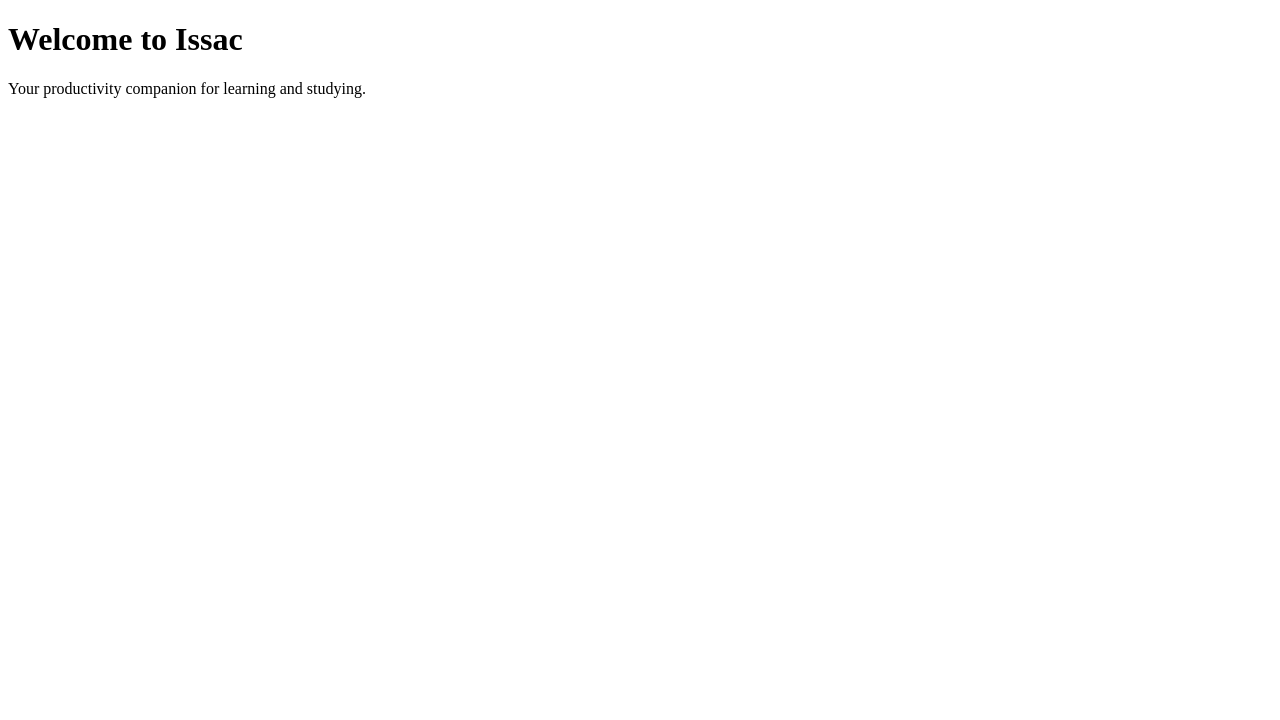
Repository: Mordecaied/Issac
Page: / (app in frontend/)
The author's editor kept a copy of each file at every save. The page is drawn from the files as they stood at one save, then again after the next save.
The browser window is 1280 px wide. The pictures show the whole page.
The project was rebuilt for these pictures with package versions that can differ from the ones it lists, and the page was loaded fresh each time.

Above is the page before, as saved 2024-08-05 15:50:00.

After the next save:
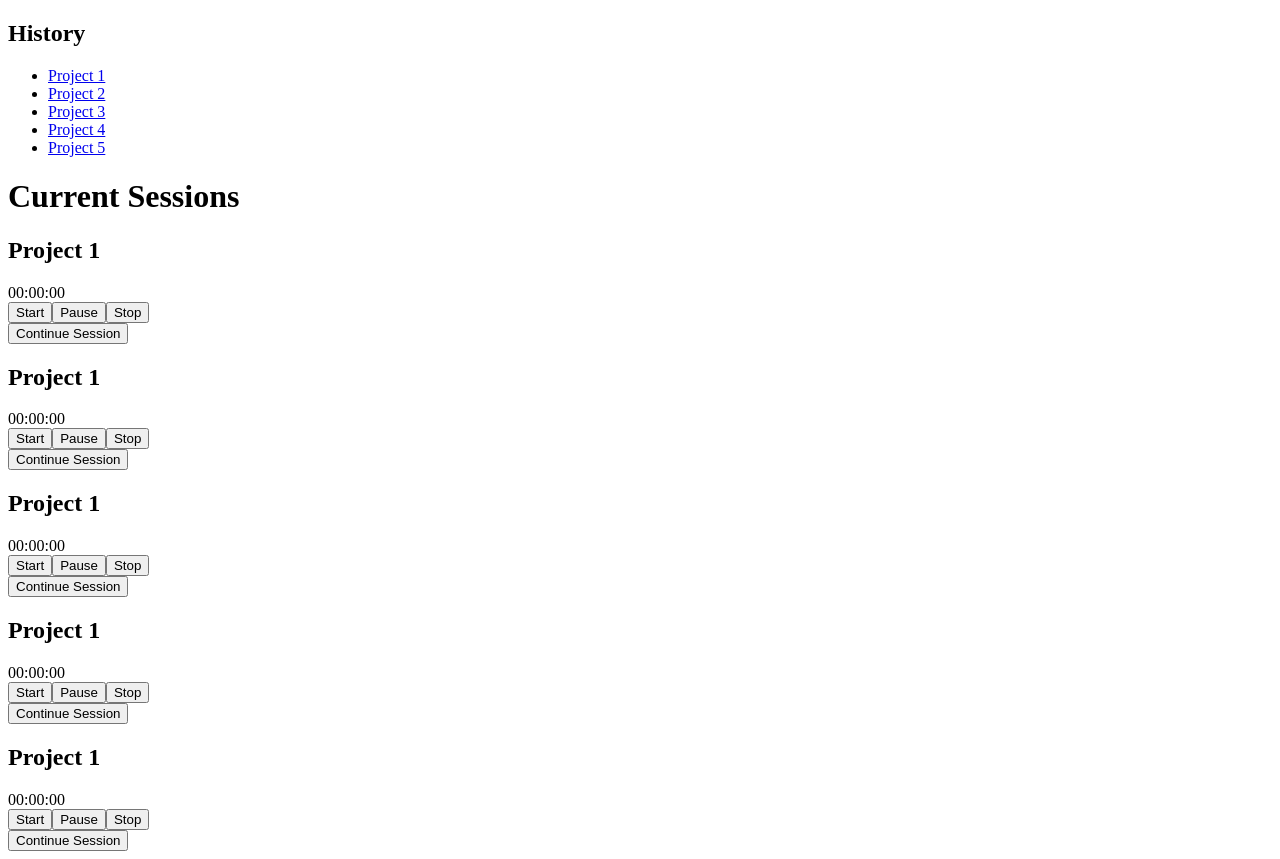
Saved 11 s later.
--- a/frontend/src/App.tsx
+++ b/frontend/src/App.tsx
@@ -1,11 +1,12 @@
 import React from 'react';
+import Layout from './components/Layout';
+import TimeTracking from './components/TimeTracking';
 
 const App: React.FC = () => {
   return (
-    <div>
-      <h1>Welcome to Issac</h1>
-      <p>Your productivity companion for learning and studying.</p>
-    </div>
+    <Layout>
+      <TimeTracking />
+    </Layout>
   );
 };
 
